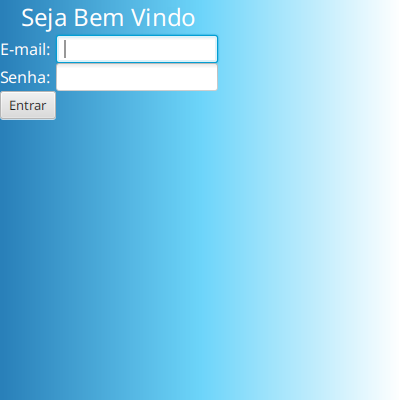
Repository: AlanVidalll/Curso-Java-Completo
Program's window: java exercicios-javafx/src/fxmll/AppFXML.java
An editor plug-in stored every save of this project. The program's window is shown before and after the next save, followed by the edit.
It runs on Java 21 on a 1366 x 768 screen with JavaFX 11; the title bar is not drawn.

Above is the program's window before, as saved 2020-04-12 13:06:43.

After the next save:
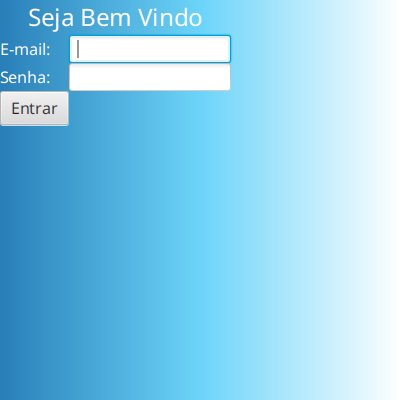
Saved 36 s later.
--- a/exercicios-javafx/src/fxmll/Login.fxml
+++ b/exercicios-javafx/src/fxmll/Login.fxml
@@ -26,6 +26,7 @@
 		GridPane.columnIndex="1" GridPane.rowIndex="2"></PasswordField>
 
 	<Button text="Entrar"
+	styleClass="login-form-botao"
 	GridPane.columnIndex="0" GridPane.rowIndex="3"
 	onAction="#entrar">
 	</Button>
